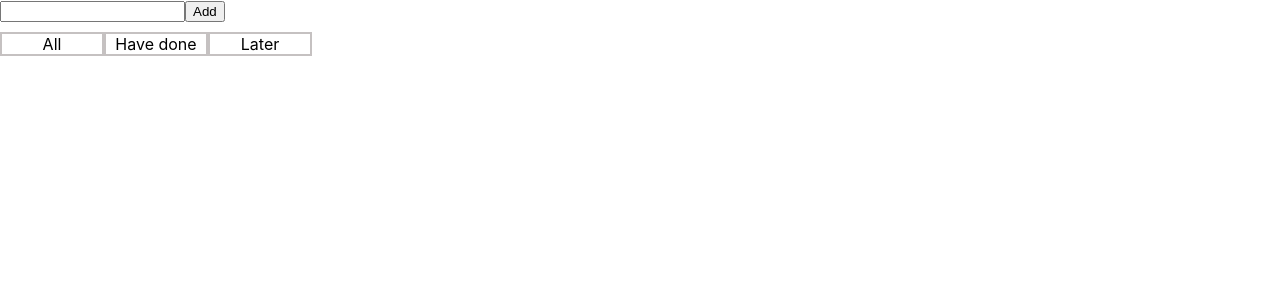
Repository: yurensmile/todolist
Page: /
An editor plug-in stored every save of this project. The page is shown before and after the next save, followed by the edit.
The browser window is 1280 px wide. The pictures show the whole page.
The project was rebuilt for these pictures with package versions that can differ from the ones it lists, and the page was loaded fresh each time.

Above is the page before, as saved 2019-03-18 17:35:22.

### src/App.js
import React, { Component } from 'react';
import Todos from './Todos'
import './App.css';

class App extends Component {

  constructor(){
    super();
    this.state={
      inputValue: '',
      todos: ["learn vue"],
      havedones: [],
      all: [],
      checked: false,
      id: 1
    };
  }

  handleOnClick(){
    this.setState(state =>{
      const todos = state.todos.concat(state.inputValue);
      return {
        todos,
        inputValue: ""
      }
    })
  }
  updateInputValue(e){
    this.setState({
      inputValue: e.target.value
    })
  }

// 点击了todo 列表的内容
  handleTodoOnclick(checked, e){
// if e.target is not text
    let box = e.target.previousSibling;
    this.setState((preState)=>{
      return {checked: !preState.checked}
    })
    if(checked){
      e.target.style.textDecoration = 'none';
      box.checked = false;
    }else{
      e.target.style.textDecoration = 'line-through';
      box.checked = true;
    }
  }
// 点击了三栏内容
  contentOnclick(e){
    let choice = e.target.innerHTML;
    this.setState((preState)=>{
      switch(choice){
        case "All": return {id: 1};
        case "Have done": return {id: 2};
        case "Later": return {id: 3};
        default: return({id:1});
      }
    })

  }

  render() {
    return (
      <div className="App">
        <input type="text" name="todo" value={this.state.inputValue} onChange={this.updateInputValue.bind(this)}/>
        <button onClick={this.handleOnClick.bind(this)}>Add</button><br/>
        <div id="content" onClick={this.contentOnclick.bind(this)}>
          <div className="choice">All</div>
          <div className="choice">Have done</div>
          <div className="choice">Later</div>
        </div>
        <Todos id={this.state.id} todos={this.state.todos}
        havedones={this.state.havedones} all={this.state.all}/>
        {/* <ul>
          {this.state.todos.map((item)=>{
            return (
              <div onClick={this.handleTodoOnclick.bind(this, this.state.checked)}>
                <input className="toggle" type="checkbox"/>
                <li key={item.id}>{item}</li>
              </div>
            )
          })}
        </ul> */}
      </div>
    );
  }
}

export default App;

### src/Todos.js
import React, { Component } from 'react';

class Todos extends Component{

  render(){
    return(
      <div>
        {
          (()=>{
            <div>
            <ul>
              {this.props.todos.map((item)=>{
                return <li key={item.index}>{item}</li>
              })}
            </ul>
          </div>
          })()}
      </div>
    )
  }
}
export default Todos;

### src/App.css
/* .App {
  text-align: center;
} */
ul{
  list-style-type: none;
}
li{
  display: inline-block;
  width: 100px;
  height: 40px;
  /* border: 1px solid rgba(143, 121, 121, 0.1); */
  line-height: 30px;
  height: 30px;
  margin-bottom: 4px;
}
.choice{
  margin-top: 10px;
  display: inline-block;
  width: 100px;
  text-align: center;
  border:2px solid rgb(197, 193, 193);
}
.toggle{
  display: inline-block;
}
.App-link {
  color: #61dafb;
}

Loaded but not shown: public/index.html (common file); src/index.js (common file); src/index.css (common file); src/serviceWorker.js (common file)

After the next save:
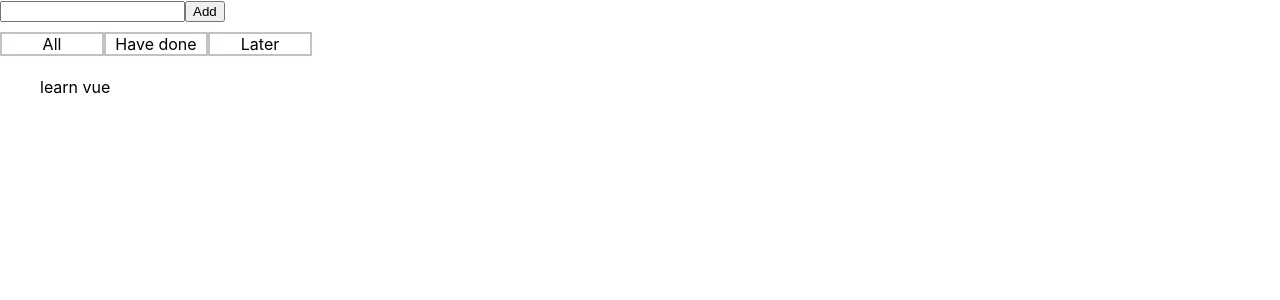
Saved 60 s later.
--- a/src/Todos.js
+++ b/src/Todos.js
@@ -7,13 +7,13 @@
       <div>
         {
           (()=>{
-            <div>
+            return(
             <ul>
               {this.props.todos.map((item)=>{
                 return <li key={item.index}>{item}</li>
               })}
             </ul>
-          </div>
+            )
           })()}
       </div>
     )

After the save that followed:
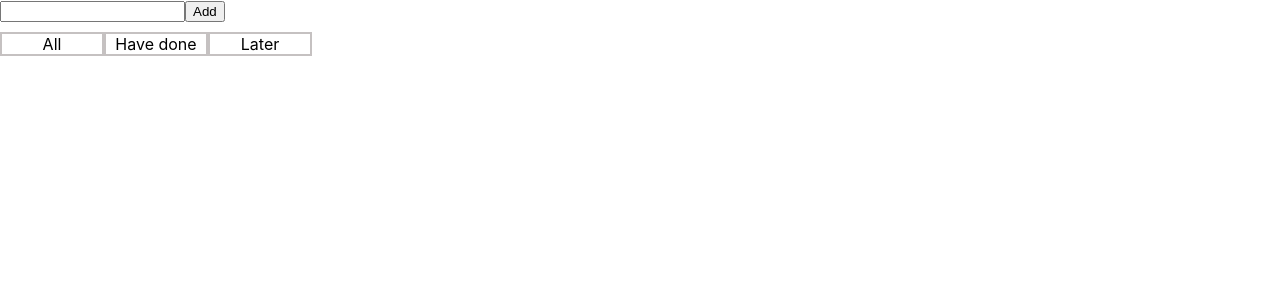
Saved 3 min 21 s later.
--- a/src/Todos.js
+++ b/src/Todos.js
@@ -7,13 +7,12 @@
       <div>
         {
           (()=>{
-            return(
-            <ul>
-              {this.props.todos.map((item)=>{
-                return <li key={item.index}>{item}</li>
-              })}
-            </ul>
-            )
+            switch(this.props.id){
+              case 1: console.log("ss");
+              break;
+              default: console.lgo("so funny");
+            }
+
           })()}
       </div>
     )
